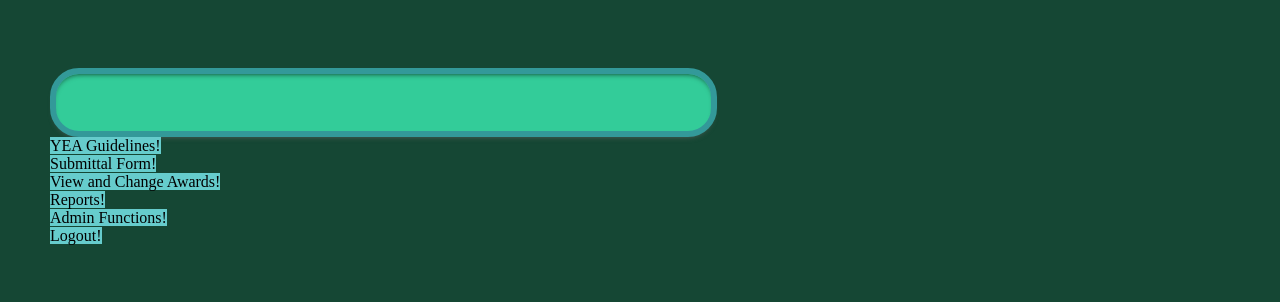
Repository: prajaktamore/Web-Based-Programming-3
Page: http://localhost/BinaryCalculator/entranceAdmin.jsp
An editor plug-in stored every save of this project. The page is shown before and after the next save, followed by the edit.
The browser window is 1280 px wide. The pictures show the whole page.
The page is served by Tomcat 9. Other server files are loaded and not shown.

Above is the page before, as saved 2014-05-03 07:41:05.

### BinaryCalculator/WebContent/entranceAdmin.jsp
<%@ page language="java" contentType="text/html; charset=ISO-8859-1"
    pageEncoding="ISO-8859-1"%>
<!DOCTYPE html PUBLIC "-//W3C//DTD HTML 4.01 Transitional//EN" "http://www.w3.org/TR/html4/loose.dtd">
<html>
<head>
<meta http-equiv="Content-Type" content="text/html; charset=ISO-8859-1">
<title>Welcome Administrator</title>
<link href="more.css" rel="stylesheet" type="text/css" />
</head>
<body>
<body>
<br><input type="text" readonly="readonly" value="${sessionScope.username}" style ="background: #33CC99; height:55px; width: 600px;text-align:right;font-size:35px; border-radius: 2em; border:6px solid #339999;border-radius:29px; color: #fff; padding-left: 1.5em; outline: none; box-shadow: 0 4px 6px -5px hsl(0, 0%, 40%), inset 0px 4px 6px -5px hsl(0, 0%, 2%)">
<br><a href="/BinaryCalculator/yeaGuidelines.jsp">YEA Guidelines!</a>
<br><a href="/BinaryCalculator/submittal.jsp">Submittal Form!</a>
<br><a href="/BinaryCalculator/AdminAwardChange.jsp">View and Change Awards!</a>
<br><a href="/BinaryCalculator/Reports.jsp">Reports!</a>
<br><a href="/BinaryCalculator/functions.jsp">Admin Functions!</a>
<br><a href="/BinaryCalculator/Login.jsp">Logout!</a>
</body>
</body>
</html>

### BinaryCalculator/WebContent/more.css
/*
    author : Prajakta More
    date created : 11 Feb 2014
	Version:  1
    copyright information : Binghamton University
*/

/*Defines style for body tag all fields declared in body tag will follow below style for margins and background*/
body
{
margin-top:50px;
margin-left:50px;
margin-right:50px;
margin-bottom:50px;
background:#154734;
}



input#submit {
    padding: 4px 40px;
    /*give the background a gradient*/
    background:#ffae00; /*fallback for browsers that don't support gradients*/
    background: -webkit-linear-gradient(top, #ffae00, #d67600);
    background: -moz-linear-gradient(top, #ffae00, #d67600);
    background: -o-linear-gradient(top, #ffae00, #d67600);
    background: linear-gradient(top, #ffae00, #d67600);
    border:2px outset #dad9d8;
    /*style the text*/
    font-family:Andika, Arial, sans-serif;
    font-size:1.1em;
    letter-spacing:0.05em;
    text-transform:uppercase;
    color:#fff;
    text-shadow: 0px 1px 10px #000;
    /*add to small curve to the corners of the button*/
    -webkit-border-radius: 15px;
    -moz-border-radius: 15px;
    border-radius: 15px;
    /*give the button a drop shadow*/
    -webkit-box-shadow: rgba(0, 0, 0, .55) 0 1px 6px;
    -moz-box-shadow: rgba(0, 0, 0, .55) 0 1px 6px;
    box-shadow: rgba(0, 0, 0, .55) 0 1px 6px;
    }
    /****NOW STYLE THE BUTTON'S HOVER STATE***/
    input#submit:hover, input#submit:focus {
    border:2px solid #dad9d8;
    }



/*Defines style for table tag all fields declared in table tag will follow below style for border*/
table
{
border: 0px solid #154734;
content-type:text/plain;
charset=iso-8859-1 ;
}
/*Defines style for table data tag all fields declared in table data tag will follow below style for border and text color */
td
{
border: 0px solid #154734;
color:white;
}
/*Defines style for paragraph tag  with class type defined as ex2 all fields declared in paragraph tag will follow below style for font, color, text align*/
p.ex2
{
font:30px arial,sans-serif,centre;
color:#ffffff;
text-align:center;
}
/*Defines style for paragraph tag  with class type defined as ex1 all fields declared in paragraph tag will follow below style for font, color, text align*/
p.ex1
{
font:18px arial,sans-serif,centre;
color:#ffffff;
text-align:center;
}
/*Defines style for img tag all with class name as ex3 fields declared in img tag will
follow below style for margins, background, padding, border, background -color, height, width, float, text- align*/
img.ex3
{
  margin: 5px;
  padding: 5px;
  background-color: #ffffff;
  border: 3px solid #ffffff;
  height: 375px;
  width: 250px;
  float: left;
  text-align: left;
}
/*Defines style for a href tag and its properties for different states as link, visited, hover, active*/
a:link {text-decoration:none;
background-color:#66CCCC;
color:#000000;
}
a:visited {text-decoration:none;
background-color:#9999CC;
color:#660033;
}
a:hover {text-decoration:underline;
background-color:#CC99CC;
color:#000033;
}
a:active {text-decoration:underline;
background-color:#FF99CC;
color:#330000;
}

After the next save:
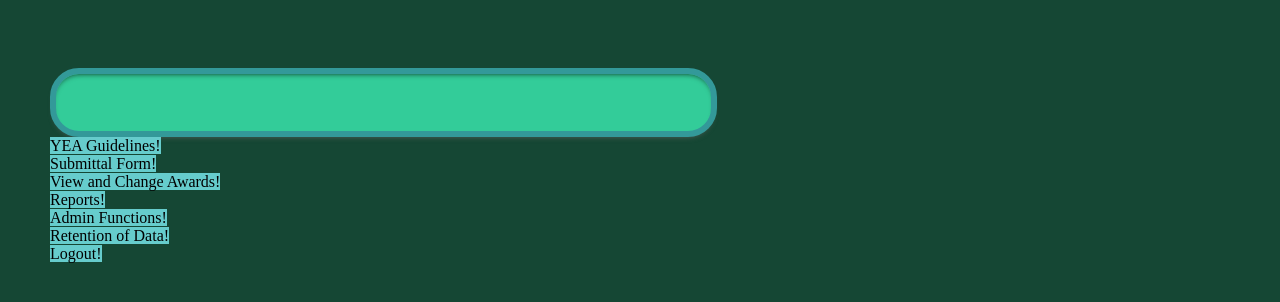
Saved 31 s later.
--- a/BinaryCalculator/WebContent/entranceAdmin.jsp
+++ b/BinaryCalculator/WebContent/entranceAdmin.jsp
@@ -15,6 +15,7 @@
 <br><a href="/BinaryCalculator/AdminAwardChange.jsp">View and Change Awards!</a>
 <br><a href="/BinaryCalculator/Reports.jsp">Reports!</a>
 <br><a href="/BinaryCalculator/functions.jsp">Admin Functions!</a>
+<br><a href="/BinaryCalculator/Retention.jsp">Retention of Data!</a>
 <br><a href="/BinaryCalculator/Login.jsp">Logout!</a>
 </body>
 </body>
